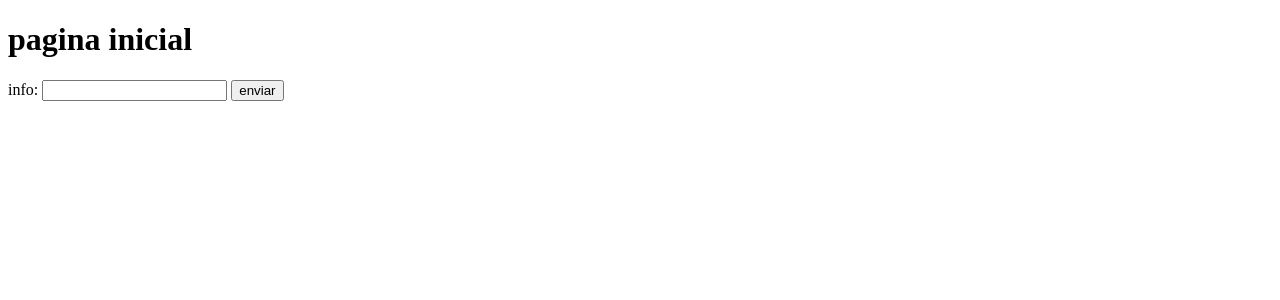
Repository: megalocoman/springboot
Page: pruebauno/src/main/resources/static/index.html
An editor plug-in stored every save of this project. The page is shown before and after the next save, followed by the edit.
The browser window is 1280 px wide. The pictures show the whole page.

Above is the page before, as saved 2020-07-12 23:04:30.

### pruebauno/src/main/resources/static/index.html
<!DOCTYPE html>
<html>
<head>
<meta charset="ISO-8859-1">
<title>Insert title here</title>
</head>
<body>
	<h1>pagina inicial</h1>
	<form action="/info" method="get">
	info: <input type='text' name='info'/>
	<input type="submit"  value="enviar"/>
	</form>


</body>
</html>

After the next save:
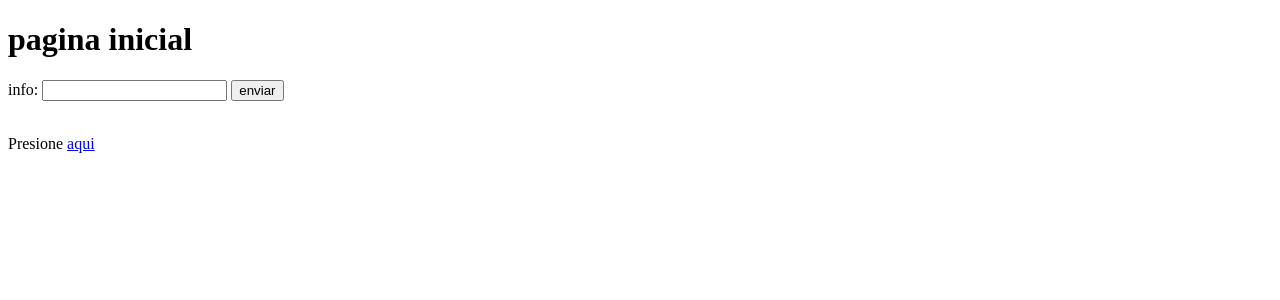
Saved 22 min 41 s later.
--- a/pruebauno/src/main/resources/static/index.html
+++ b/pruebauno/src/main/resources/static/index.html
@@ -9,7 +9,9 @@
 	<form action="/info" method="get">
 	info: <input type='text' name='info'/>
 	<input type="submit"  value="enviar"/>
-	</form>
+	</form><br>
+
+	<p>Presione <a href="/hola"> aqui </a> </p>
 
 
 </body>
